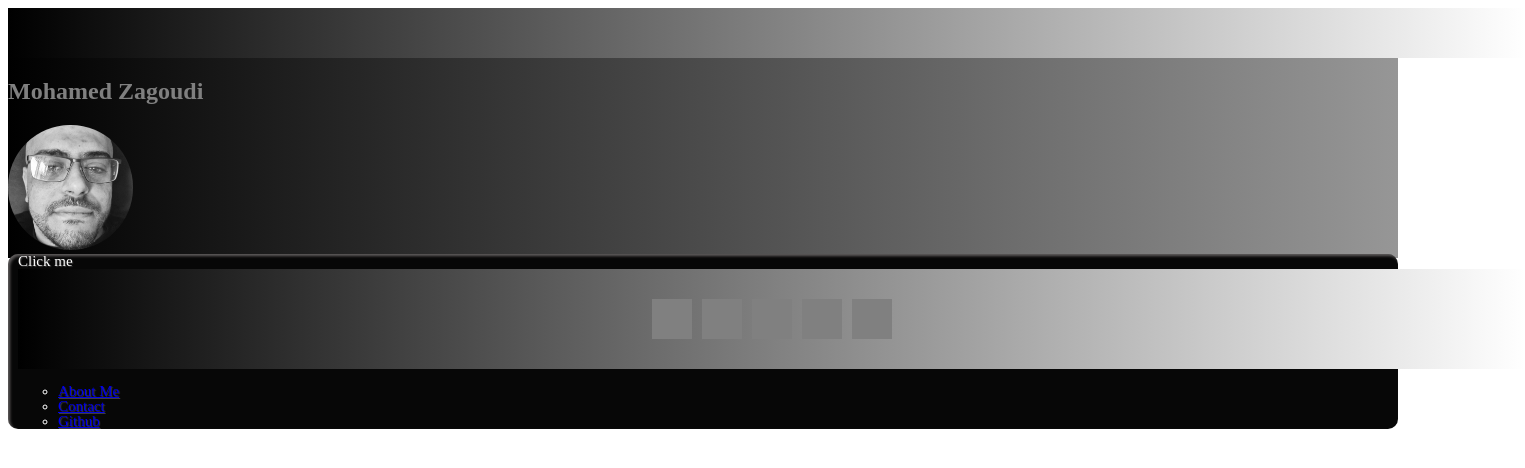
Repository: Mohzagou/Eersteportofolio
Page: index.html
The author's editor kept a copy of each file at every save. The page is drawn from the files as they stood at one save, then again after the next save.
The browser window is 1280 px wide. The page is 1525 px wide, so the pictures cover 1525 px, including what lies to the right of the window. The pictures show the whole page.

Above is the page before, as saved 2022-06-07 23:51:40.

### index.html
<!DOCTYPE html>


<head>
    <link rel="stylesheet" href="styles.css" />
    <meta charset="UTF-8">

    <title>Document</title>
</head>

<body>

    <header></header>
    <div class="about-me">
        <h2 id="name">Mohamed Zagoudi</h2>
        <img class="avatar" src="images/67gwzvy.jpeg" alt="Mohamed Zagoudi headshot">
        <div class="button"> Click me</button>


            <section>
                <div class="test"></div>
                <div class="test"></div>
                <div class="test"></div>
                <div class="test"></div>
                <div class="test"></div>
            </section>
            <footer>
                <ul style="list-style-type: circle ">
                    <li><a href=" ">About Me</a></li>
                    <li><a href=" ">Contact</a></li>
                    <li><a href="https://github.com/Mohzagou ">Github</a></li>

                </ul>

            </footer>



</body>



</html>

### styles.css
                            body {
                                display: flex;
                                flex-direction: column;
                            }

                            header {
                                width: 120%;
                                height: 50px;
                                background-image: linear-gradient(to right, black, grey, white);
                                /*background-color: rgb(113, 74, 145);*/
                            }

                            section {
                                width: 110%;
                                height: 100px;
                                background-image: linear-gradient(to right, black, grey, white);
                                background-color: #234def;
                                display: flex;
                                align-items: center;
                                justify-content: center;
                            }

                            .about-me {
                                width: 110%;
                                height: 200px;
                                background-image: repeating-linear-gradient(to right, black, grey, white 170%);
                                /*background-color: rgb(177, 69, 21, 0.8);*/
                                /*margin: 10px 0 10px 0;
    border: solid black 10px;
    border-radius: 15px;*/
                            }

                            .avatar {
                                width: 125px;
                                border-radius: 62px;
                                background-image: repeating-linear-gradient(to right, black, grey, 110%);
                            }

                            #name {
                                color: grey;
                            }

                            .test {
                                width: 40px;
                                height: 40px;
                                background-color: grey;
                                margin: 5px;
                            }

                            .button {
                                border: 0;
                                padding: 0 10px;
                                font-size: 15px;
                                width: ;
                                line-height: 15px;
                                color: rgb(255, 255, 255);
                                text-shadow: 1px 1px 1px rgb(61, 60, 60);
                                background-color: rgb(7, 7, 7);
                                background-image: linear-gradient(to top left, rgba(250, 245, 245, 0.2), rgba(0, 0, 0, 0.2) 30%, rgba(248, 243, 243, 0), );
                                box-shadow: inset 2px 2px 3px rgba(233, 224, 224, 0.4);
                                border-radius: 10px;
                            }

                            .button:hover {
                                background-color: rgb(107, 104, 104);
                            }

                            .button:active {
                                box-shadow: inset -2px -2px 3px rgba(107, 104, 104, 0.8);
                            }

After the next save:
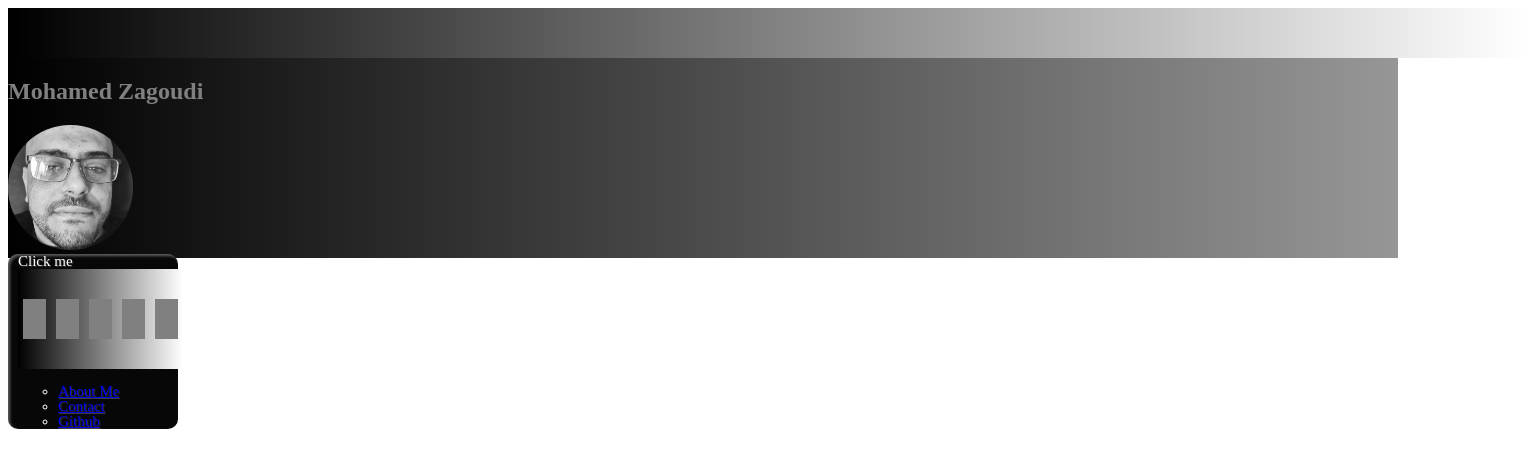
Saved 14 s later.
--- a/styles.css
+++ b/styles.css
@@ -51,7 +51,7 @@
                                 border: 0;
                                 padding: 0 10px;
                                 font-size: 15px;
-                                width: ;
+                                width: 150px;
                                 line-height: 15px;
                                 color: rgb(255, 255, 255);
                                 text-shadow: 1px 1px 1px rgb(61, 60, 60);
